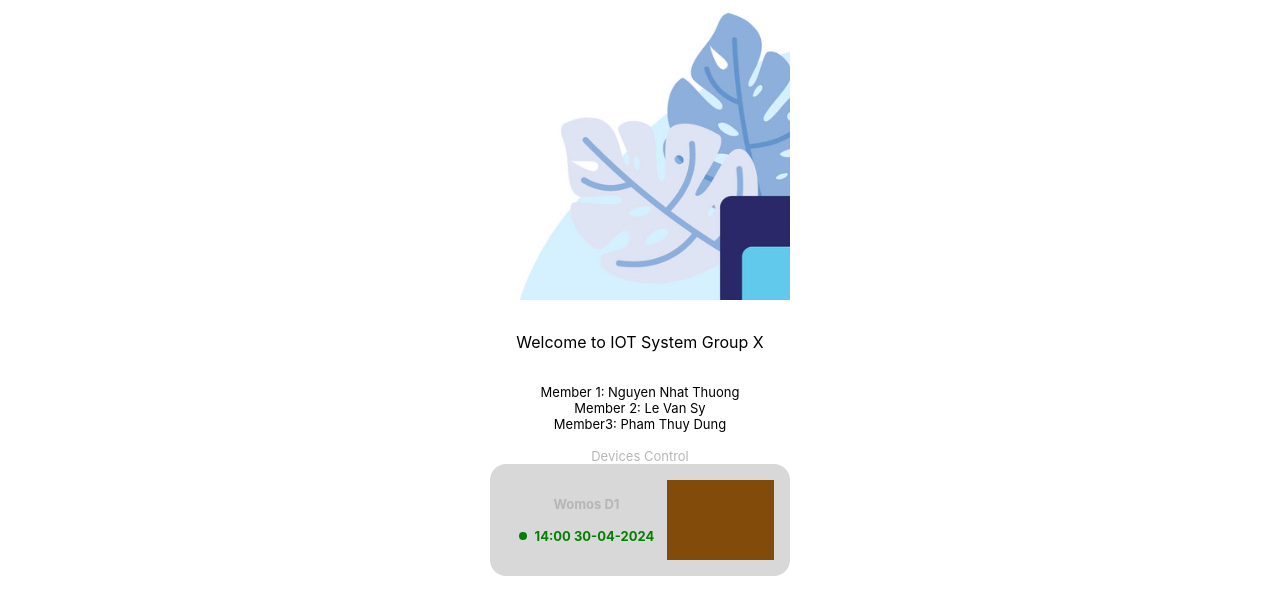
Repository: ngnhthuong/IOT_LAB
Page: /
The author's editor kept a copy of each file at every save. The page is drawn from the files as they stood at one save, then again after the next save.
The browser window is 1280 px wide. The pictures show the whole page.
The project was rebuilt for these pictures with package versions that can differ from the ones it lists, and the page was loaded fresh each time.

Above is the page before, as saved 2024-04-23 15:04:15.

After the next save:
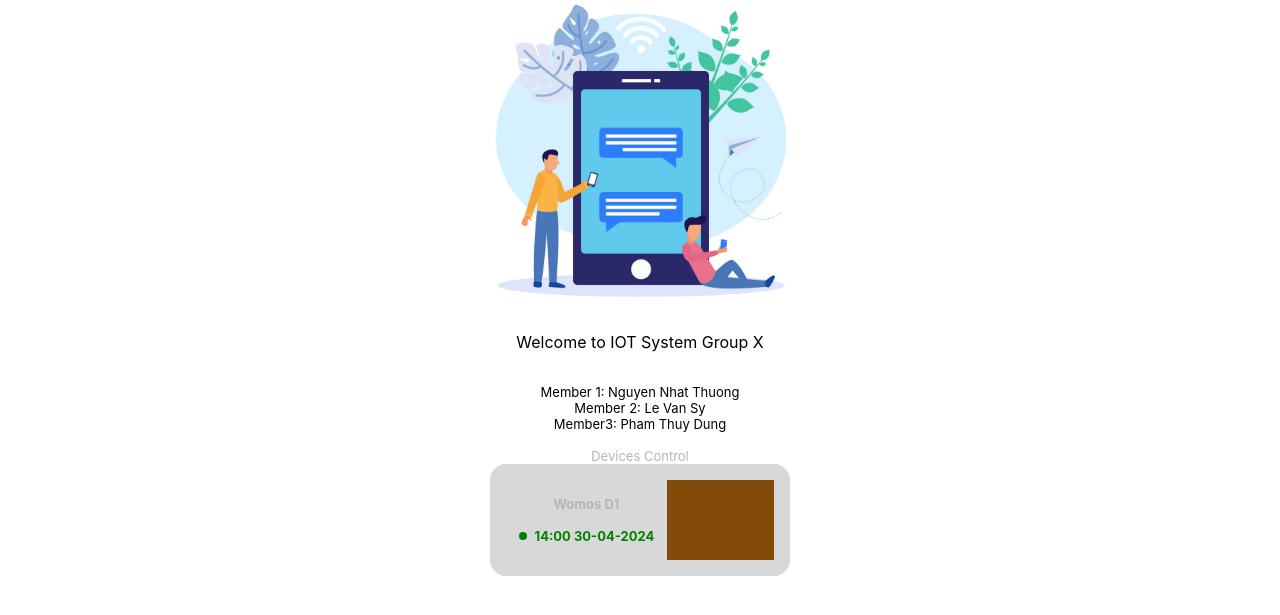
Saved 21 s later.
--- a/src/App.css
+++ b/src/App.css
@@ -95,3 +95,8 @@
   background-color: aqua;
   overflow: hidden;
 }
+
+.img-back{
+  width: 300px;
+  height: 300px;
+}
